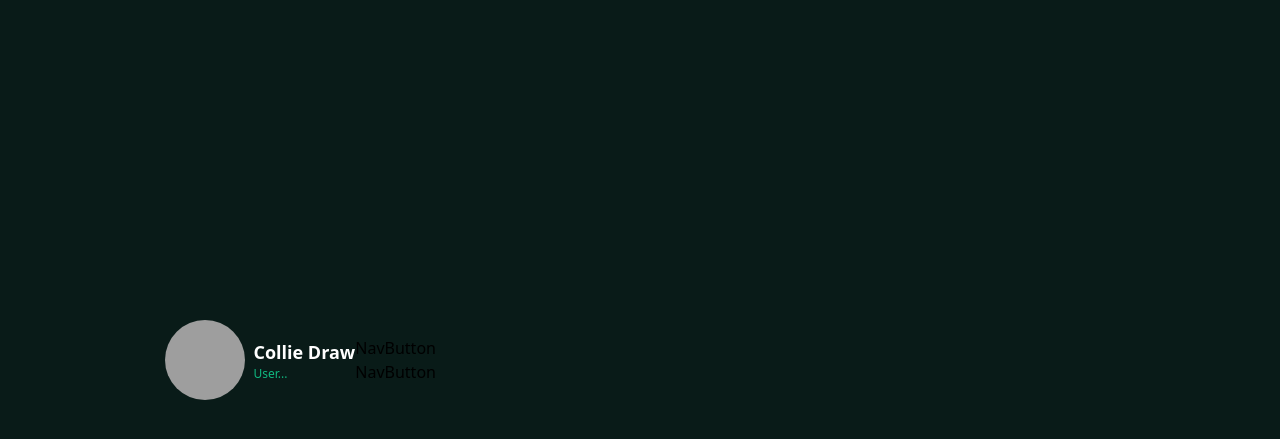
Repository: dcolind/BlockChain-Lotto
Page: /
An editor plug-in stored every save of this project. The page is shown before and after a run of saves, followed by the edit.
The browser window is 1280 px wide. The pictures show the whole page.
Pictures or frames that could not be fetched are drawn as grey boxes. The project was rebuilt for these pictures with package versions that can differ from the ones it lists, and the page was loaded fresh each time. The framework's server and built-in components were replaced by stand-ins that run in the browser. Also part of the build but not shown: next.config.js.

Above is the page before, as saved 2022-08-30 11:33:17.

After the next 5 saves:
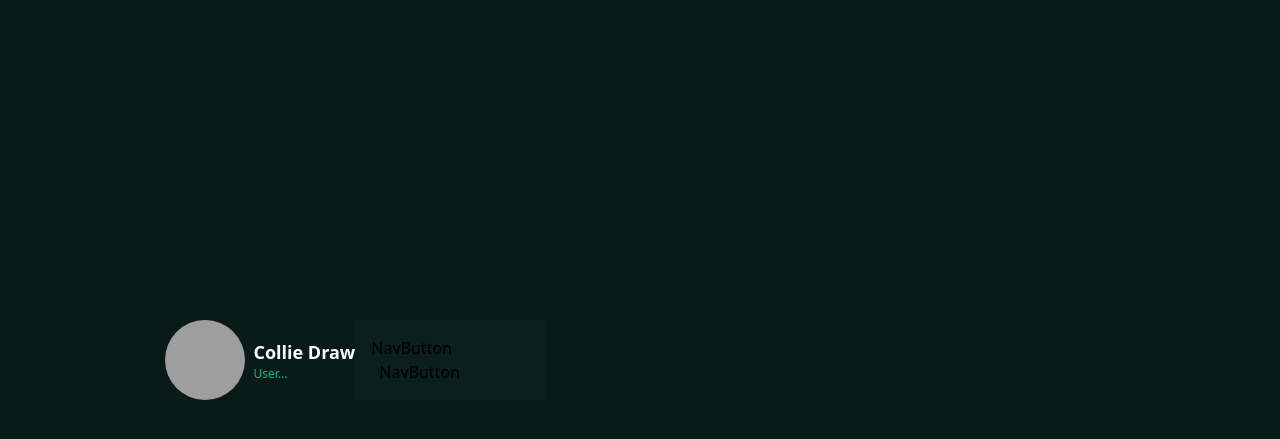
The 5 saves are shown as one change because they came seconds apart.
The last was saved 25 s later.
--- a/components/Header.tsx
+++ b/components/Header.tsx
@@ -15,8 +15,8 @@ function Header() {
         </div>
         </div>
 
-        <div>
-            <div className="">
+        <div className="">
+            <div className="bg-[#0A1F1C] p-4 space-x-2">
             <NavButton/>
             <NavButton/>
             </div>
